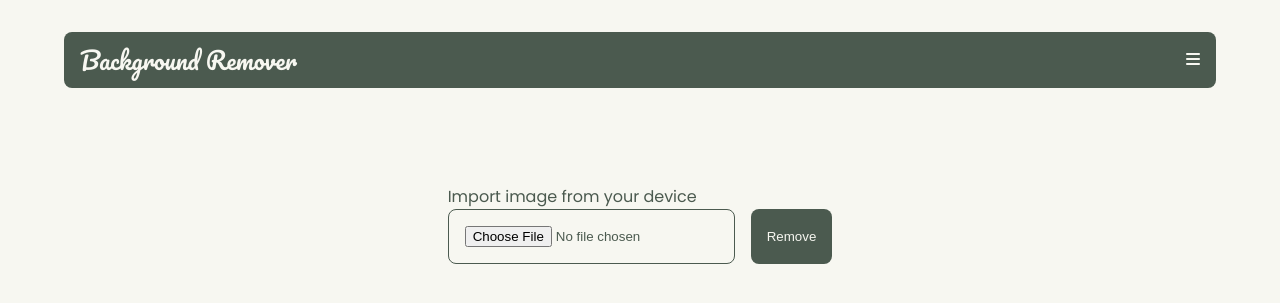
Repository: Oyasikelly/backgroundremover
Page: /
These files come from the project's save history. The page is drawn as it stood at one moment and after the next save; the edit follows.
The browser window is 1280 px wide. The pictures show the whole page.
Some web libraries are served in a nearby version. The project was rebuilt for these pictures with package versions that can differ from the ones it lists, and the page was loaded fresh each time. Also part of the build but not shown: vite.config.js, src/Components/Loading.jsx, src/Menu.jsx, src/Components/SavedImages.jsx.

Above is the page before, as saved 2024-12-18 14:38:19.

### index.html
<!-- @format -->

<!DOCTYPE html>
<html lang="en">
  <head>
    <meta charset="UTF-8" />
    <link rel="icon" type="image/svg+xml" href="/vite.svg" />
    <meta name="viewport" content="width=device-width, initial-scale=1.0" />
    <title>Background Remover</title>
  </head>
  <body>
    <div id="root"></div>
    <script type="module" src="/src/main.jsx"></script>
    <script
      src="https://kit.fontawesome.com/09244cd8e5.js"
      crossorigin="anonymous"
    ></script>
  </body>
</html>

### src/App.jsx
/** @format */

// import { useState } from "react";
import { useState, useEffect } from "react";
import "./App.css";
import { BrowserRouter, Routes, Route } from "react-router-dom";
import Remover from "./Components/Remover";
import SavedImages from "./Components/SavedImages";
export default function App() {
  const [menu, setMenu] = useState(false);
  const [webURL, setWebURL] = useState("");
  const [importedURL, setImportedURL] = useState("");
  const [savedImage, setSavedImage]=useState([])

    // Ensure localStorage is only accessed in the browser
    useEffect(() => {
      if (typeof window !== "undefined") {
        const saved = localStorage.getItem("savedImage");
        setSavedImage(saved ? JSON.parse(saved) : []);
      }
    }, []);

  return (
    <BrowserRouter>
      <div className="wrapper">
        <Routes>
          <Route
            path="/"
            element={
              <Remover
                menu={menu}
                setMenu={setMenu}
                webURL={webURL}
                setWebURL={setWebURL}
                importedURL={importedURL}
                setImportedURL={setImportedURL}
              />
            }
          />
          <Route path="/SavedImages" element={<SavedImages savedImage={savedImage} />} />
        </Routes>
      </div>
    </BrowserRouter>
  );
}

### src/App.css
/** @format */
@import url("https://fonts.googleapis.com/css2?family=Dancing+Script:wght@400..700&family=Outfit:wght@100..900&family=Pacifico&family=Poppins:ital,wght@0,100;0,200;0,300;0,400;0,500;0,600;0,700;0,800;0,900;1,100;1,200;1,300;1,400;1,500;1,600;1,700;1,800;1,900&family=Young+Serif&display=swap");

* {
  box-sizing: border-box;
  padding: 0;
  margin: 0;
}
:root {
  --primary-color: #4b5a4f;
  --secondary-color: #f7f7f1;
  --btn-color: #8a9b8e;
}
body {
  background-color: transparent;
  padding: 0;
  margin: 0;
}
body::-webkit-scrollbar {
  display: none;
}
a {
  text-decoration: none;
  color: var(--secondary-color);
}
.container {
  background-color: var(--secondary-color);
  width: 100%;
  height: 100vh;
  overflow: scroll;
  display: flex;
  flex-direction: column;
  /* justify-content: center; */
  align-items: center;
  color: var(--primary-color);
  padding: 0rem 4rem;
  position: relative;
}
.Menu {
  background-color: var(--btn-color);
  color: var(--secondary-color);
  width: 20%;
  align-self: flex-end;
  padding: 1rem;
  position: fixed;
  top: 0;
  right: 0;
  border-radius: 0 0 0.5rem 0.5rem;
  z-index: 100;
  display: flex;
  flex-direction: column;
  gap: 1rem;
}
.Menu p {
  border: 2px solid var(--primary-color);
  padding: 0.3rem;
  border-radius: 0.3rem;
  cursor: pointer;
}
.Menu p:hover {
  background-color: var(--primary-color);
}
h2 {
  width: fit-content;
  font-family: "Pacifico", cursive;
  font-weight: 400;
  font-style: normal;
  line-height: 1.5rem;
  max-width: 30%;
}
header {
  background-color: var(--primary-color);
  color: var(--secondary-color);
  width: 100%;
  margin-bottom: 5rem;
  padding: 1rem;
  border-radius: 0.5rem;
  position: relative;
  top: 2rem;
  display: flex;
  justify-content: space-between;
  align-items: center;
}
i {
  cursor: pointer;
}
.content_container {
  display: flex;
  flex-direction: column;
  justify-content: center;
  align-items: center;
  font-family: "Poppins", serif;
}
form {
  display: flex;
  gap: 1rem;
  margin-bottom: 4rem;
}
input {
  padding: 1rem;
  border-radius: 0.5rem;
  outline: none;
  border: 1px solid var(--primary-color);
  width: 100%;
}
button {
  padding: 1rem;
  background-color: var(--primary-color);
  outline: none;
  border: none;
  border-radius: 0.5rem;
  transition: background-color 0.5s ease-in;
  color: var(--secondary-color);
}
button:hover {
  background-color: var(--btn-color);
}
p {
  align-self: flex-start;
}
.imported-img {
  margin-top: 3rem;
  display: flex;
  flex-direction: column;
  justify-content: center;
  align-items: center;
}
.imported-img form {
  /* background-color: green; */
  width: fit-content;
  display: flex;
  width: 100%;
  /* justify-content: center; */
}
.import-img {
  width: 100%;
  padding: 1rem;
  align-content: center;
}

.output_container{
  width: 350px;
  height: 350px;
  background-color: transparent;
}
.output_container img{
  width: 100%;
}
@media screen and (max-width: 1024px) {
  .container {
    padding-bottom: 3rem;
  }
  .content_container {
    width: 100%;
  }
  form {
    width: 100%;
    display: flex;
    justify-content: space-between;
  }
}

.Wrap_savedImages {
  display: flex;
  flex-direction: column;
  justify-content: center;
  align-items: center;
  padding-bottom: 3rem;
}
.saved_images {
  background-color: var(--secondary-color);
  color: var(--primary-color);
  height: 100vh;
  display: grid;
  grid-template-columns: repeat(4, 1fr);
  align-content: center;
  justify-items: center;
  grid-row-gap: 1rem;
  grid-column-gap: 1rem;
}
.saved_images div {
  width: 100px;
  height: 100px;
  border: 1px solid var(--primary-color);
  border-radius: 0.5rem;
}

### src/Components/Remover.jsx
/** @format */
import { useState } from "react";
import axios from "axios";

// import chair from "../assets/chair.jpeg";
// components
import Header from "./Header";
// import UrlImage from "./urlImage";
import ImportImage from "./importImage";
import Loading from "./Loading";
import Menu from "../Menu";

export default function Remover({
  menu,
  setMenu,
  // webURL,
  // setWebURL,
  importedURL,
  setImportedURL,
}) {
  const [outputImage, setOutputImage] = useState(""); // State to store the output image URL
  const [loading,setLoading]= useState(false)
  function handleMenu() {
    setMenu(() => true);
  }
  function handleCloseMenu() {
    setMenu(() => false);
  }
  // function handleWebURL(e) {
  //   setWebURL(e.target.value);
  // }
  function handleImportedURL(e) {
    setImportedURL(e.target.files[0]); // Update importedURL state with the selected file
  }

  const apiKey = "0eaf034066ed7e5c243f379b2274ee09d9f82867"; // Replace with your actual API key
  const apiEndpoint = "https://sdk.photoroom.com/v1/segment";

  // Function to remove background for URL
  // const removeBackgroundFromURL = async (imageUrl) => {
  //   try {
  //     const response = await axios.post(
  //       apiEndpoint,
  //       { image_url: imageUrl }, // API expects 'image_url', not 'url'
  //       {
  //         headers: {
  //           "x-api-key": apiKey,
  //           "Content-Type": "application/json",
  //         },
  //         responseType: "blob", // Get the response as a Blob
  //       }
  //     );

  //     const imageUrlBlob = URL.createObjectURL(response.data);
  //     console.log(imageUrlBlob);
  //     setOutputImage(imageUrlBlob);
  //   } catch (error) {
  //     console.error("Error removing background (URL):", error.response?.data || error.message);
  //   }
  // };
  // Function to remove background for imported image
  const removeBackgroundFromFile = async (file) => {
    try {
      setLoading(true)
      const formData = new FormData();
      formData.append("image_file", file); // Append file to FormData

      const response = await axios.post(apiEndpoint, formData, {
        headers: {
          "x-api-key": apiKey,
          "Content-Type": "multipart/form-data",
        },
        responseType: "blob", // Ensure response is a Blob
      });

      const imageUrlBlob = URL.createObjectURL(response.data);
      setOutputImage(imageUrlBlob);
    } catch (error) {
      console.error("Error removing background (File):", error);
    }finally{
      setLoading(false)
    }
  };

  // const handleRemoveBackground = async (e) => {
  //   e.preventDefault();
  //   if (webURL) {
  //     await removeBackgroundFromURL(webURL);
  //   } else {
  //     alert("Please provide an image URL.");
  //   }
  // };

  const handleRemoveBackground_ImportedImg = async (e) => {
    e.preventDefault();
    if (importedURL) {
      await removeBackgroundFromFile(importedURL);
    } else {
      alert("Please import an image.");
    }
  };

  return (
    <div className="container">
      {menu && (
        <Menu handleCloseMenu={handleCloseMenu} />
      )}
     <Header handleMenu={handleMenu}/>

      {/* Remove Background via URL */}
     {/* <UrlImage webURL={webURL} handleRemoveBackground={handleRemoveBackground} handleWebURL={handleWebURL} /> */}

      {/* Remove Background via Imported File */}
     <ImportImage handleRemoveBackground_ImportedImg={handleRemoveBackground_ImportedImg} handleImportedURL={handleImportedURL}  />


      {/* Output Image */}

        <div className="output_container">
        {loading &&  <Loading />}
      {outputImage && (
        <>
          {/* <h3>Background Removed Image:</h3> */}
         <div className="outputWrap">
          <img src={outputImage} alt="Output" />
          </div>
        </>
        )}
        </div>
    </div>
  );
}

### src/Components/Header.jsx
export default function Header({handleMenu}){
    return  <header>
    <h2>Background Remover</h2>
    <nav>
      <i className="fa-solid fa-bars" onClick={handleMenu}></i>
    </nav>
  </header>
}

### src/Components/importImage.jsx
import { motion } from "framer-motion";

export default function ImportImage({handleRemoveBackground_ImportedImg, handleImportedURL}){
    return  <main className="content_container imported-img">
    <p>Import image from your device</p>
    <form onSubmit={handleRemoveBackground_ImportedImg}>
      <input
        name="importedURL"
        className="import-img"
        type="file"
        accept="image/*"
        onChange={handleImportedURL}
      />
      <motion.button whileHover={{scale:1.2}} whileTap={{opacity:0.6}} typeof="submit">
          Remove
      </motion.button>
    </form>

  </main>
}

Loaded but not shown: src/main.jsx (common file); src/index.css (no stored copy; drawn as an empty file)

After the next save:
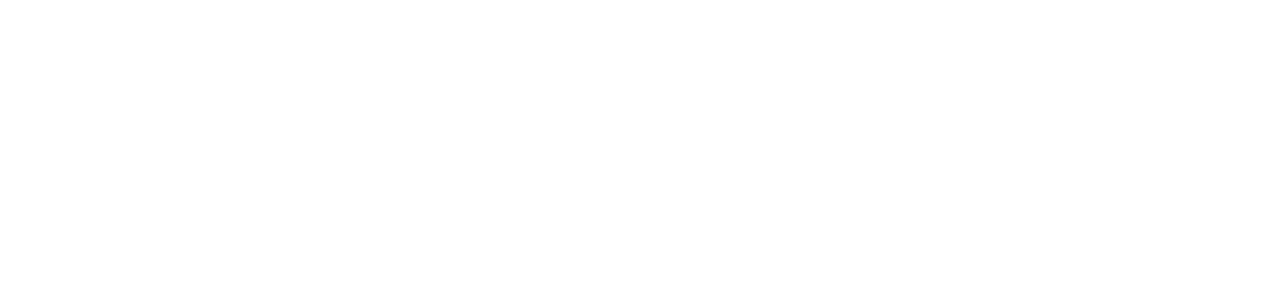
Console error: ReferenceError: shortUrl is not defined
Saved 3 min 41 s later.
--- a/src/App.jsx
+++ b/src/App.jsx
@@ -10,6 +10,7 @@
   const [menu, setMenu] = useState(false);
   const [webURL, setWebURL] = useState("");
   const [importedURL, setImportedURL] = useState("");
+  const [outputImage, setOutputImage] = useState(""); // State to store the output image URL
   const [savedImage, setSavedImage]=useState([])
 
     // Ensure localStorage is only accessed in the browser
@@ -19,6 +20,20 @@
         setSavedImage(saved ? JSON.parse(saved) : []);
       }
     }, []);
+
+     // Update localStorage when shortUrl changes
+  useEffect(() => {
+    if (shortUrl) {
+      setStoredUrls((prevUrls) => {
+        if (!prevUrls.includes(shortUrl)) {
+          const updatedUrls = [...prevUrls, shortUrl];
+          localStorage.setItem("shortUrl", JSON.stringify(updatedUrls));
+          return updatedUrls;
+        }
+        return prevUrls; // Avoid unnecessary state updates
+      });
+    }
+  }, [shortUrl])
 
   return (
     <BrowserRouter>
@@ -34,6 +49,8 @@
                 setWebURL={setWebURL}
                 importedURL={importedURL}
                 setImportedURL={setImportedURL}
+                outputImage={outputImage}
+                setOutputImage={setOutputImage}
               />
             }
           />

After the 3 saves that followed:
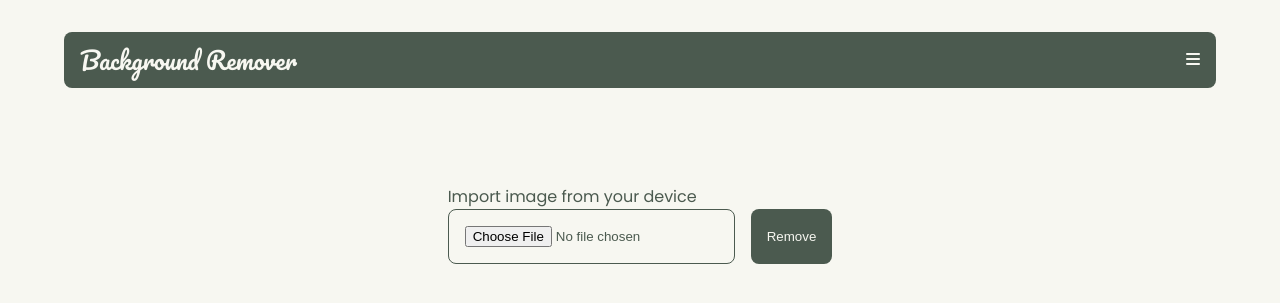
The error is gone.
The 3 saves are shown as one change because 2 left the picture as it was.
The last was saved 4 min 7 s later.
--- a/src/App.jsx
+++ b/src/App.jsx
@@ -23,17 +23,17 @@
 
      // Update localStorage when shortUrl changes
   useEffect(() => {
-    if (shortUrl) {
-      setStoredUrls((prevUrls) => {
-        if (!prevUrls.includes(shortUrl)) {
-          const updatedUrls = [...prevUrls, shortUrl];
-          localStorage.setItem("shortUrl", JSON.stringify(updatedUrls));
-          return updatedUrls;
+    if (outputImage) {
+      setOutputImage((prevImage) => {
+        if (!prevImage.includes(outputImage)) {
+          const updatedImages = [...prevImage, outputImage];
+          localStorage.setItem("shortUrl", JSON.stringify(updatedImages));
+          return updatedImages;
         }
-        return prevUrls; // Avoid unnecessary state updates
+        return prevImage; // Avoid unnecessary state updates
       });
     }
-  }, [shortUrl])
+  }, [outputImage])
 
   return (
     <BrowserRouter>
--- a/src/Components/Remover.jsx
+++ b/src/Components/Remover.jsx
@@ -17,8 +17,8 @@
   // setWebURL,
   importedURL,
   setImportedURL,
+  outputImage, setOutputImage
 }) {
-  const [outputImage, setOutputImage] = useState(""); // State to store the output image URL
   const [loading,setLoading]= useState(false)
   function handleMenu() {
     setMenu(() => true);
